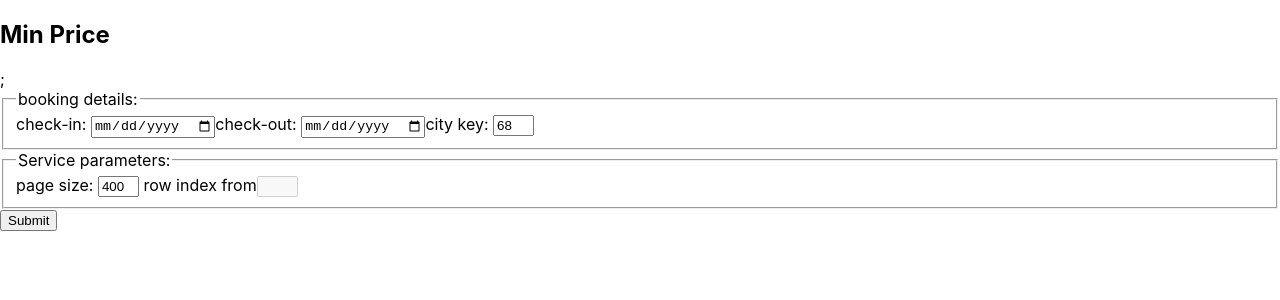
Repository: vsterev/il-test
Page: /min-price
The author's editor kept a copy of each file at every save. The page is drawn from the files as they stood at one save, then again after the next save.
The browser window is 1280 px wide. The pictures show the whole page.
The project was rebuilt for these pictures with package versions that can differ from the ones it lists, and the page was loaded fresh each time. A package was used in the major version that the imports need, not the one package.json lists. Also part of the build but not shown: src/components/error/index.jsx.

Above is the page before, as saved 2021-04-27 08:39:07.

### src/index.js
import React from 'react';
import ReactDOM from 'react-dom';
import './index.css';
// import App from './App';
import reportWebVitals from './reportWebVitals';
// import MinPrice from './components/minPrice';
import Navigation from './navigation';

ReactDOM.render(
  <React.StrictMode>
    {/* <App /> */}
    {/* <MinPrice /> */}
    <Navigation />
  </React.StrictMode>,
  document.getElementById('root')
);

// If you want to start measuring performance in your app, pass a function
// to log results (for example: reportWebVitals(console.log))
// or send to an analytics endpoint. Learn more: https://bit.ly/CRA-vitals
reportWebVitals();

### src/navigation.jsx
import React from 'react';
import { Switch, BrowserRouter, Route, Redirect } from 'react-router-dom';
import MinPrice from './components/minPrice';
import Error from './components/error';
const Navigation = () => {
  return (
    <BrowserRouter>
      <Switch>
        <Route path="/min-price" render={() => <MinPrice />} />
        <Route path="*" render={() => <Error msg="Page not Found - 404" />} />
      </Switch>
    </BrowserRouter>
  );
};
export default Navigation;

### src/components/minPrice/index.jsx
import React, { useState } from 'react';
const MinPrice = () => {
  const [details, setDetails] = useState({
    checkIn: '',
    checkOut: '',
    cityKey: '68',
    pageSize: '400',
    rowIndexFrom: undefined,
    cacheGuid: undefined,
  });
  const submitHandler = (e) => {
    e.preventDefault();
    console.log(details);
  };
  return (
    <React.Fragment>
      <h2>Min Price</h2>;
      <form onSubmit={submitHandler}>
        <fieldset>
          <legend>booking details:</legend>
          <label htmlFor="checkIn">check-in: </label>
          <input
            type="date"
            id="checkIn"
            value={details.checkIn}
            onChange={(e) => setDetails({ ...details, checkIn: e.target.value })}></input>
          <label htmlFor="checkOut">check-out: </label>
          <input
            type="date"
            id="checkOut"
            value={details.checkOut}
            onChange={(e) => setDetails({ ...details, checkOut: e.target.value })}></input>
          <label htmlFor="cityKey">city key: </label>
          <input
            type="text"
            id="cityKey"
            size="2"
            value={details.cityKey}
            onChange={(e) => setDetails({ ...details, cityKey: e.target.value })}
          />
        </fieldset>
        <fieldset>
          <legend>Service parameters:</legend>
          <label htmlFor="pageSize">page size: </label>
          <input
            type="text"
            id="pageSize"
            size="2"
            value={details.pageSize}
            onChange={(e) => setDetails({ ...details, pageSize: e.target.value })}
          />
          <label htmlFor="rowIndexFrom"> row index from</label>
          <input type="text" value={details.rowIndexFrom} disabled size="2" />
        </fieldset>
        <button>Submit</button>
      </form>
    </React.Fragment>
  );
};
export default MinPrice;

Loaded but not shown: public/index.html (common file); src/index.css (common file); src/reportWebVitals.js (common file)

After the next save:
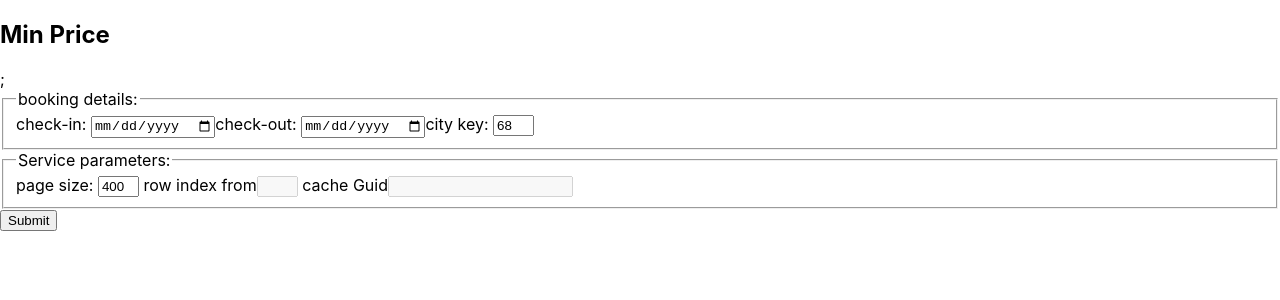
Saved 66 s later.
--- a/src/components/minPrice/index.jsx
+++ b/src/components/minPrice/index.jsx
@@ -51,6 +51,8 @@ const MinPrice = () => {
           />
           <label htmlFor="rowIndexFrom"> row index from</label>
           <input type="text" value={details.rowIndexFrom} disabled size="2" />
+          <label htmlFor="cacheGuid"> cache Guid</label>
+          <input type="text" value={details.cacheGuid} disabled />
         </fieldset>
         <button>Submit</button>
       </form>
